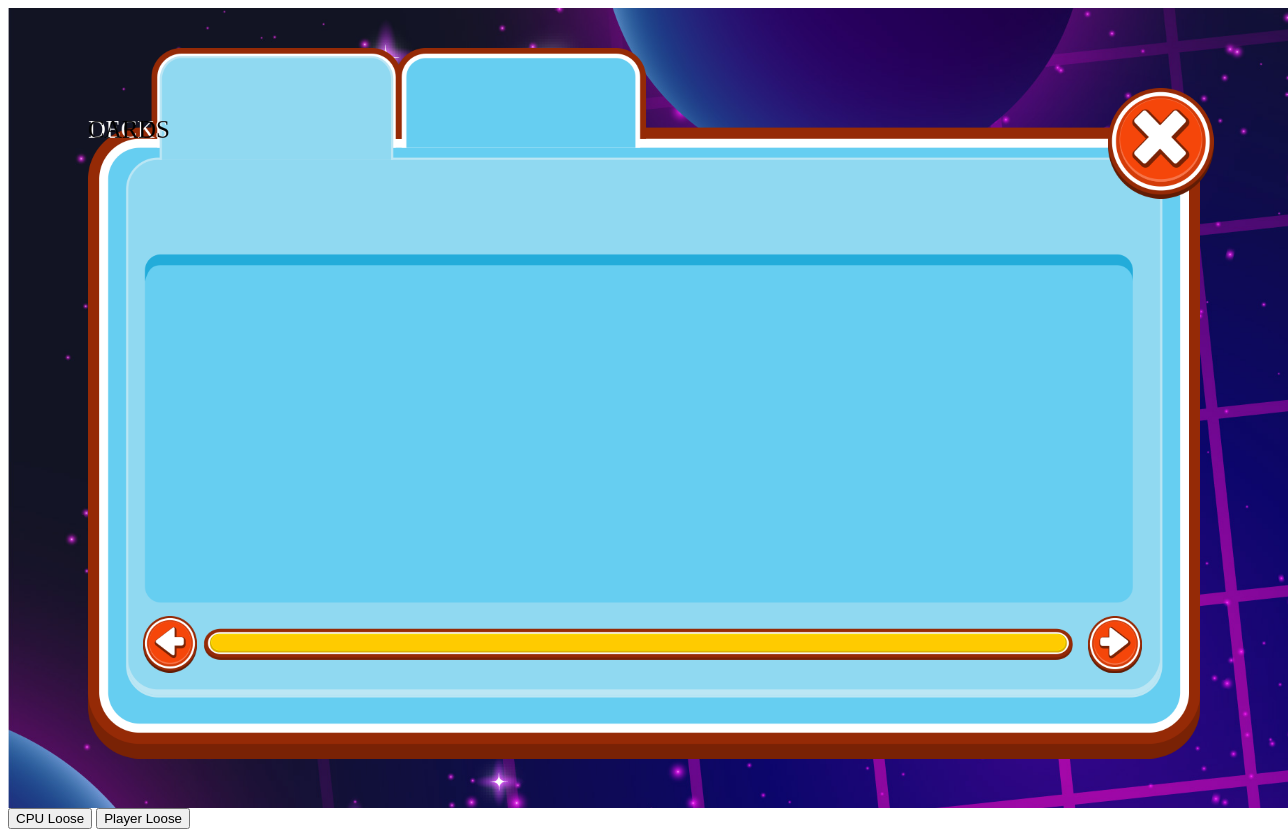
Repository: getvoiceagency/html5
Page: progress.html
The author's editor kept a record of every edit. The page is drawn from the files as they stood at one moment, then again after the next edit.
The browser window is 1280 px wide. The page is 1288 px wide, so the pictures cover 1288 px, including what lies to the right of the window. The pictures show the whole page.
Some web fonts or font styles are not loaded; a fallback is used. Some web libraries are served in a nearby version.

Above is the page before.

After the next edit:
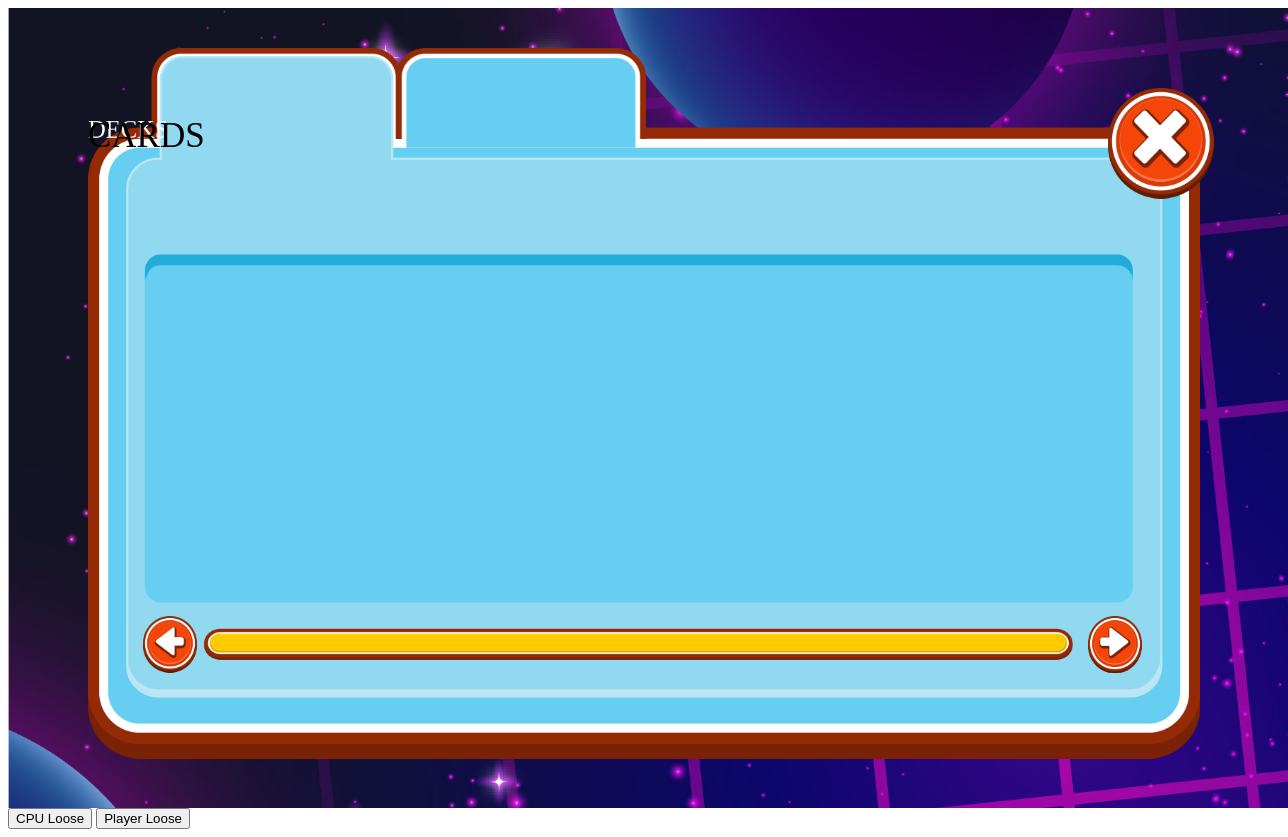
The edit:
--- a/progress.html
+++ b/progress.html
@@ -131,8 +131,8 @@
     cardText.anchor.y = 0;
     cardText.position.x = 080;
     cardText.position.y = 108;
-    cardText.scale.x = 0.7;
-    cardText.scale.y = 0.7;
+    cardText.scale.x = 1.0;
+    cardText.scale.y = 1.0;
 
 
         // possition arrow right
